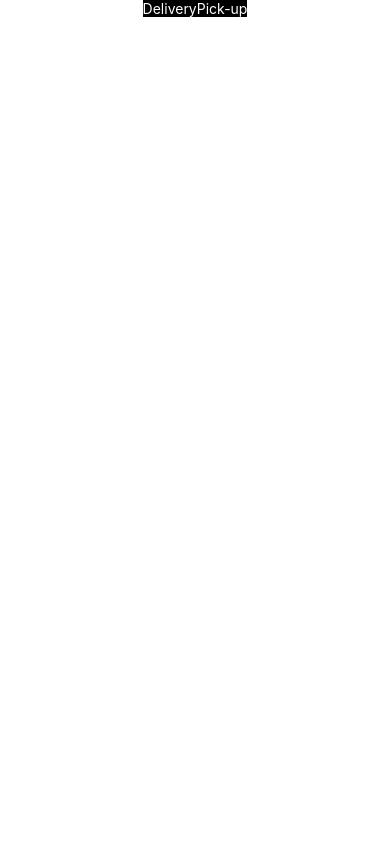
Repository: remydev47/ubereats-frontend
Screen: /RestaurantDetails
The author's editor kept a copy of each file at every save. The screen is drawn from the files as they stood at one save, then again after the next save.
The app was drawn by React Native's web renderer in a window 390 px wide. The project was rebuilt for these pictures with package versions that can differ from the ones it lists, and the page was loaded fresh each time.

Above is the screen before, as saved 2022-05-28 11:01:44.

After the next save:
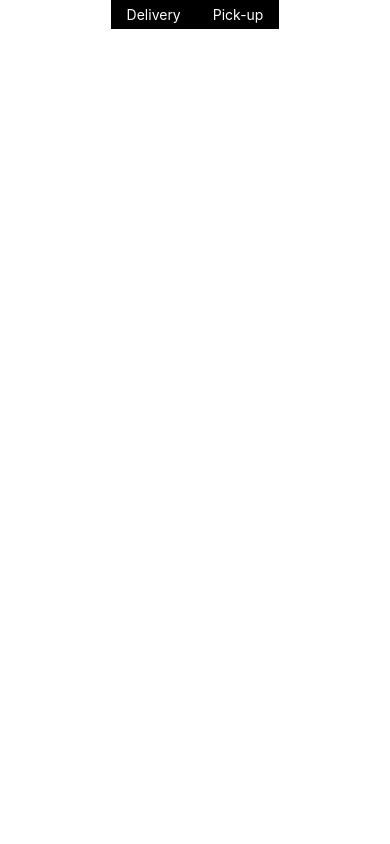
Saved 71 s later.
--- a/components/HeaderTabs.js
+++ b/components/HeaderTabs.js
@@ -15,6 +15,8 @@
     return(
             <TouchableOpacity style={{
                 backgroundColor: 'black',
+                paddingVertical: 6,
+                paddingHorizontal: 16,
             }}>
              <Text style={{ color: 'white'}}>{props.text}</Text>
             </TouchableOpacity>
